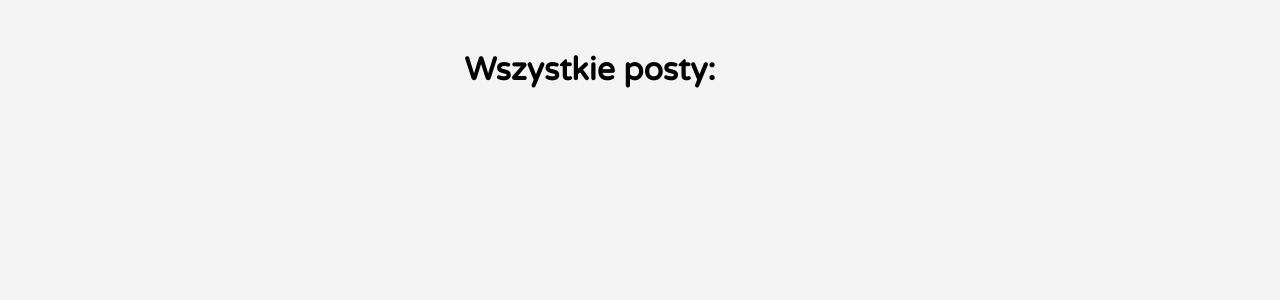
Repository: noisevisionproductions/PlayMeetWebsite
Page: src/main/resources/templates/posts.html
These files come from the project's save history. The page is drawn as it stood at one moment and after the next save; the edit follows.
The browser window is 1280 px wide. The pictures show the whole page.
The page's requests for data from a server got no answer. Some web libraries are served in a nearby version.

Above is the page before, as saved 2024-03-25 02:19:39.

### src/main/resources/templates/posts.html
<!DOCTYPE html>
<html lang="en">

<head>
    <meta charset="UTF-8">
    <meta name="viewport" content="width=device-width, initial-scale=1.0">
    <title>Posty</title>
    <link rel="icon" type="image/x-icon" href="assets/favicon.ico" />
    <!-- Font Awesome icons (free version)-->
    <script src="https://use.fontawesome.com/releases/v6.3.0/js/all.js" crossorigin="anonymous"></script>
    <!-- Google fonts-->
    <link href="https://fonts.googleapis.com/css?family=Varela+Round" rel="stylesheet" />
    <link
        href="https://fonts.googleapis.com/css?family=Nunito:200,200i,300,300i,400,400i,600,600i,700,700i,800,800i,900,900i"
        rel="stylesheet" />
    <!-- Core theme CSS (includes Bootstrap)-->
    <link href="css/posts.css" rel="stylesheet" />

</head>


<body>
    <!-- Contener for posts displaying -->
    <div class="container">
        <h1 class="posts-header"> Wszystkie posty:</h1>
        <div id="posts-container">
            <h2 class="post-avatar">
            </h2>
        </div>
        <div class="post-content">

        </div>
        <div class="post-footer">
        </div>
    </div>
    <script src="js/posts.js"></script>
</body>

</html>

### src/main/resources/static/css/posts.css
body {
    font-family: "Nunito", sans-serif;
    margin: 0;
    padding: 0;
    background-color: #f4f4f4;
}

.container {
    max-width: 800px;
    margin: auto;
    padding: 20px;
}

.post {
    background: #fff;
    background-color: #fff;
    padding: 20px;
    margin-bottom: 20px;
    border: 1px solid #ddd;
    border-radius: 5px;
    margin: 10px;
    box-shadow: 0 2px 4px rgba(0, 0, 0, 0.1);
}

.post-header,
.post-footer {
    display: flex;
    justify-content: space-between;
    align-items: center;
}

.post-sport,
.post-date,
.post-chat {
    margin-right: 5px;
    color: blue;
}

.post-title {
    margin: 0;
}

.post h2 {
    margin-top: 0;
}

h1,
h2,
h3,
h4,
h5,
h6 {
    font-family: "Varela Round", sans-serif;
}

.container {
    display: flex;
    justify-content: center;
    align-items: center;
    height: 100px;
}

.post-avatar {
    width: 100px;
    height: 100px;
    border-radius: 50%;
    object-fit: cover;
}

### src/main/resources/static/js/posts.js
/*!
* Script for displaying posts that users created. Posts will be downloaded from database.
*/
document.addEventListener('DOMContentLoaded', function () {
    fetch('/api/posts', {
        headers: {
            'Accept': 'application/json'
        }
    })
        .then(response => response.json())
        .then(posts => {
            const postsContainer = document.getElementById('posts-container');
            posts.forEach(element => {
                const postElement = document.createElement('div');
                postElement.className = 'post';

                // Creating header
                const postHeader = document.createElement('div');
                postHeader.className = 'post-header';

                // Creating user avatar
                const userAvatar = document.createElement('img');
                userAvatar.src = 'assets/post/sample_avatar.png';
                userAvatar.alt = 'Avatar użytkownika';
                userAvatar.className = 'post-avatar';

                const postTitle = document.createElement('h2');
                postTitle.className = 'postTitle';
                postTitle.textContent = element.sportType;

                // Adding elements to the header
                postHeader.appendChild(userAvatar);
                postHeader.appendChild(postTitle);

                // Adding everything to the post
                postElement.appendChild(postHeader);


                postsContainer.appendChild(postElement);
            });
        })
        .catch(error => console.error('Error', error));
})

After the next save:
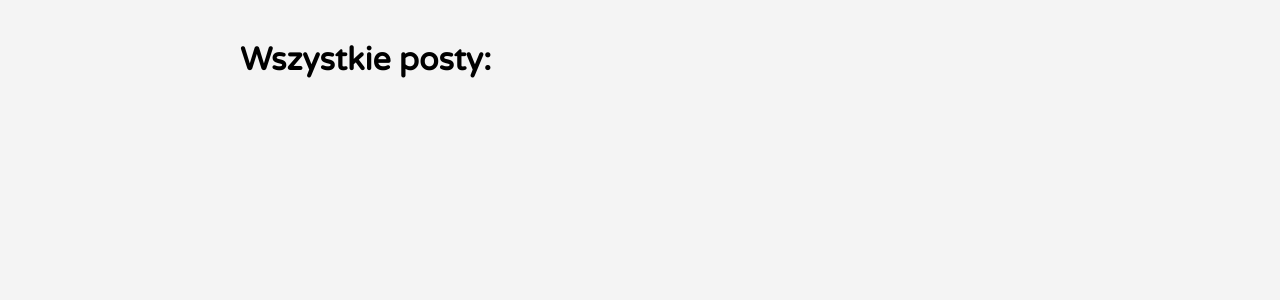
Saved 14 s later.
--- a/src/main/resources/static/css/posts.css
+++ b/src/main/resources/static/css/posts.css
@@ -53,13 +53,6 @@ h6 {
     font-family: "Varela Round", sans-serif;
 }
 
-.container {
-    display: flex;
-    justify-content: center;
-    align-items: center;
-    height: 100px;
-}
-
 .post-avatar {
     width: 100px;
     height: 100px;
